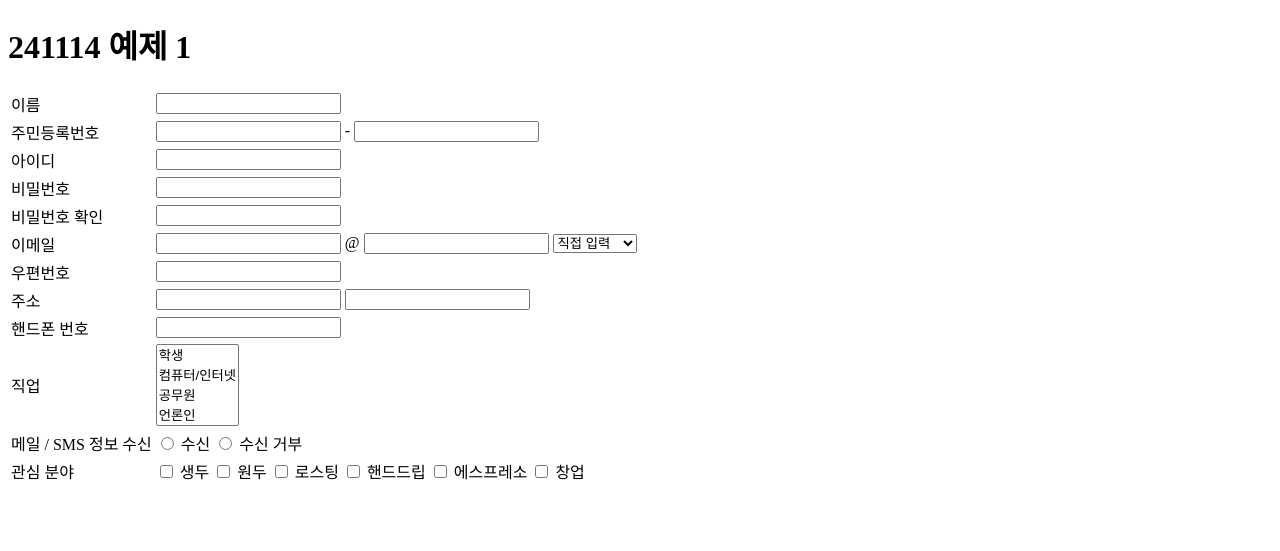
Repository: jsunnypi/JSP
Page: http://localhost/Test/inputForm.jsp
The author's editor kept a copy of each file at every save. The page is drawn from the files as they stood at one save, then again after the next save.
The browser window is 1280 px wide. The pictures show the whole page.
The page is served by Tomcat 9.

Above is the page before, as saved 2024-11-14 05:07:03.

### Test/src/main/webapp/inputForm.jsp
<%@ page language="java" contentType="text/html; charset=UTF-8"
    pageEncoding="UTF-8"%>
<!DOCTYPE html>
<html>
<head>
<meta charset="UTF-8">
<title>Insert title here</title>
</head>
<body>
	<h1>241114 예제 1</h1>
	<form method="post" action="inputlist.jsp">
		<table>
			<tr>
				<td> 이름 </td>
				<td>
					<input type="text" name="name" >
				</td>
			</tr>

			<tr>
				<td> 주민등록번호 </td>
				<td>
					<input type="text" name="bd">
				-
					<input type="password" name="bd" >
				</td>
			</tr>

			<tr>
				<td> 아이디 </td>
				<td>
					<input type="text" name="id" >
				</td>
			</tr>

			<tr>
				<td> 비밀번호 </td>
				<td>
					<input type="password" name="pw" >
				</td>
			</tr>

			<tr>
				<td> 비밀번호 확인 </td>
				<td>
					<input type="password" name="pwcheck" >
				</td>
			</tr>

			<tr>
				<td> 이메일 </td>
				<td>
					<input type="text" name="email" >
				 @
					<input type="text" name="com" >

					<select id="email" name="com" size="1">
						<option value="직접">직접 입력</option>
						<option value="네이버">naver.com</option>
						<option value="다음">daum.net</option>
						<option value="구글">gmail.com</option>
						<option value="네이트">nate.com</option>
					</select>
				</td>
			</tr>

			<tr>
				<td> 우편번호 </td>
				<td>
					<input type="text" name="postnumber" >
				</td>
			</tr>

			<tr>
				<td> 주소 </td>
				<td>
					<input type="text" name="addr" >

					<input type="text" name="addr2" >
				</td>
			</tr>

			<tr>
				<td> 핸드폰 번호 </td>
				<td>
					<input type="text" name="phone" >
				</td>
			</tr>

			<tr>
				<td> 직업 </td>
				<td>
					<select size="4">
						<option value="학생">학생</option>
						<option value="컴퓨터/인터넷">컴퓨터/인터넷</option>
						<option value="공무원">공무원</option>
						<option value="언론인">언론인</option>

					</select>
				</td>
			</tr>

			<tr>
				<td> 메일 / SMS 정보 수신</td>
				<td>
					<input type="radio" name="agree" value="ok"> 수신
					<input type="radio" name="agree" value="no"> 수신 거부
				</td>
			</tr>

			<tr>
				<td> 관심 분야 </td>
				<td>
					<input type="checkbox" name="interest" value="1"> 생두
					<input type="checkbox" name="interest" value="2"> 원두
					<input type="checkbox" name="interest" value="3"> 로스팅
					<input type="checkbox" name="interest" value="4"> 핸드드립
					<input type="checkbox" name="interest" value="5"> 에스프레소
					<input type="checkbox" name="interest" value="6"> 창업
				</td>
			</tr>























		</table>

	</form>

</body>
</html>

After the next save:
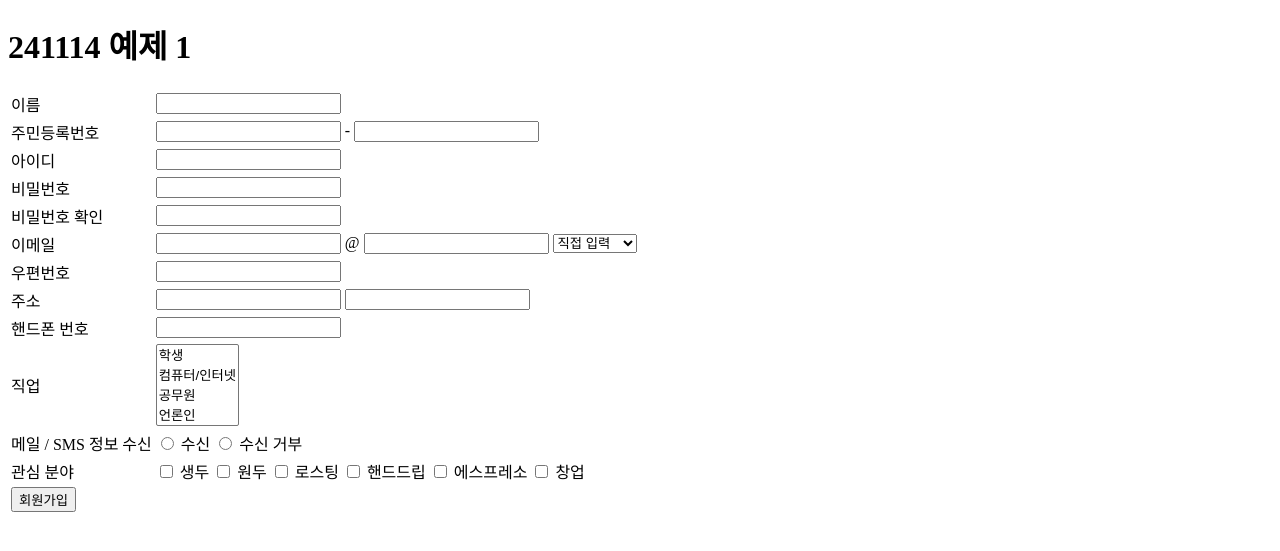
Saved 106 s later.
--- a/Test/src/main/webapp/inputForm.jsp
+++ b/Test/src/main/webapp/inputForm.jsp
@@ -120,7 +120,11 @@
 				</td>
 			</tr>
 
-
+			<tr>
+			<td>
+				<input type="submit" value="회원가입">
+			</td>
+			</tr>
 
 
 
